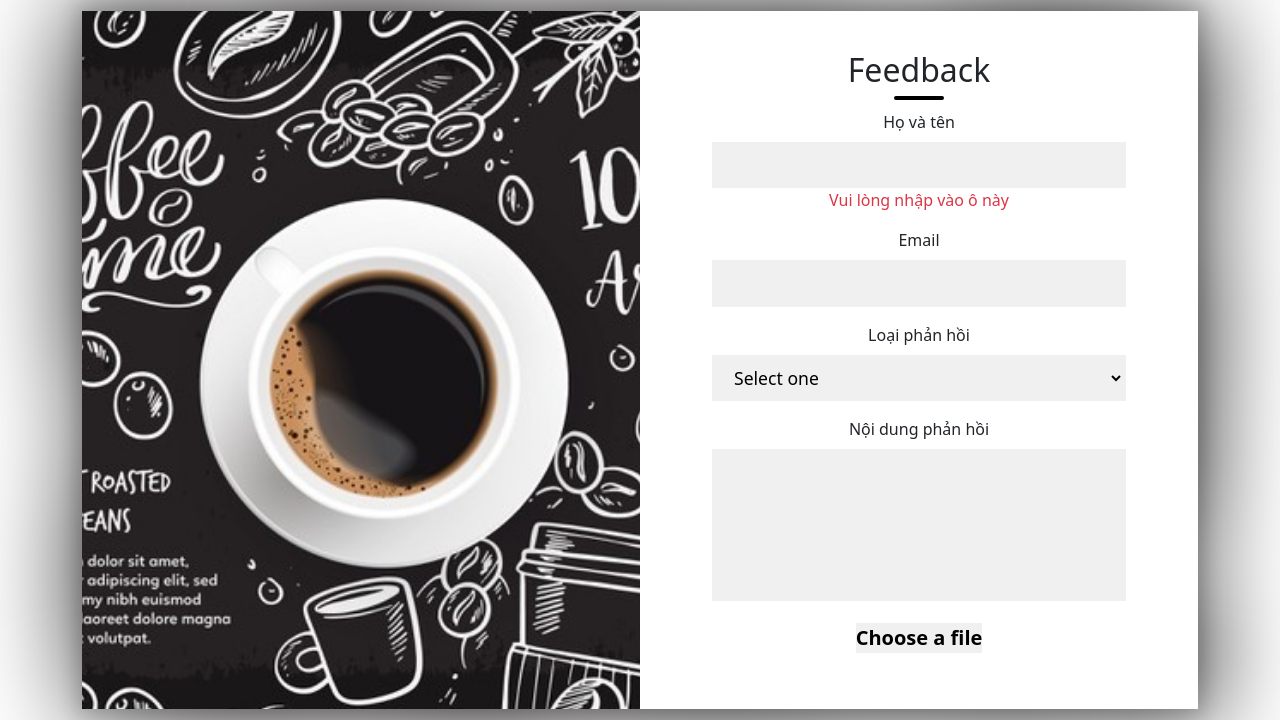
Repository: LeDongGyC/html-css
Page: HTML CSS/prototype/index.html
An editor plug-in stored every save of this project. The page is shown before and after a run of saves, followed by the edit.
The browser window is 1280 px wide. The pictures show the whole page.
The style sheet was rebuilt from its Sass, Less or Tailwind sources for each picture, by a compiler version that may differ from the author's.

Above is the page before, as saved 2023-05-24 10:27:44.

### HTML CSS/prototype/index.html
<!doctype html>
<html lang="en">

<head>
  <title>Title</title>
  <!-- Required meta tags -->
  <meta charset="utf-8">
  <meta name="viewport" content="width=device-width, initial-scale=1, shrink-to-fit=no">
  <link rel="stylesheet" href="style.css">
  <link rel="stylesheet" href="reset.css">
  <!-- <script src="index.js"></script> Bootstrap CSS v5.2.1 -->
  <script>
    var inputs = document.querySelectorAll('.inputfile');
    Array.prototype.forEach.call(inputs, function (input) {
      var label = input.nextElementSibling,
        labelVal = label.innerHTML;
      input.addEventListener('change', function (e) {
        var fileName = '';
        if (this.files && this.files.length > 1)
          fileName = (this.getAttribute('data-multiple-caption') || '').replace('{count}', this.files.length);
        else
          fileName = e.target.value.split('\\').pop();

        if (fileName)
          label.querySelector('span').innerHTML = fileName;
        else
          label.innerHTML = labelVal;
      });
    });
  </script>
  <link href="https://cdn.jsdelivr.net/npm/bootstrap@5.2.1/dist/css/bootstrap.min.css" rel="stylesheet"
    integrity="sha384-iYQeCzEYFbKjA/T2uDLTpkwGzCiq6soy8tYaI1GyVh/UjpbCx/TYkiZhlZB6+fzT" crossorigin="anonymous">

</head>

<body>
  <div class="container">
    <div class="feedback-box">
      <div class="feedback-box_left"></div>
      <div class="feedback-box_right">
        <h2 class="feedback-box_right-title">Feedback</h2>
        <div class="mb-3">
          <label for="name" class="form-label">Họ và tên</label>
          <input type="text" class=" feedback-box_right-item" name="" id="name" aria-describedby="helpId"
            placeholder="">
            <span class="text-danger">Vui lòng nhập vào ô này</span>
        </div>
        <div class="mb-3">
          <label for="email" class="form-label">Email</label>
          <input type="text" class=" feedback-box_right-item" name="" id="email" aria-describedby="helpId"
            placeholder="">
        </div>
        <div class="mb-3">
          <label for="" class="form-label">Loại phản hồi</label>
          <select class="feedback-box_right-item " name="" id="">
            <option selected disabled>Select one</option>
            <option value="" class="feedback-box_right-item-selected">Option 1</option>
            <option value="" class="feedback-box_right-item-selected">Option 2</option>
            <option value="" class="feedback-box_right-item-selected">Option 3</option>
          </select>
        </div>
        <div class="mb-3">
          <label for="feedback" class="form-label">Nội dung phản hồi</label>
          <textarea type="" class=" feedback-box_right-item" name="" id="feedback" aria-describedby="helpId"
            placeholder="" rows="5"></textarea>
        </div>
        <div class="mb-3">
          <input type="file" name="file" id="file" class="inputfile" data-multiple-caption="{count} files selected"
            multiple />
          <label for="file">Choose a file</label>
        </div>
      </div>
    </div>
  </div>
  <!-- Bootstrap JavaScript Libraries -->
  <!-- <script src="https://cdn.jsdelivr.net/npm/@popperjs/core@2.11.6/dist/umd/popper.min.js"
    integrity="sha384-oBqDVmMz9ATKxIep9tiCxS/Z9fNfEXiDAYTujMAeBAsjFuCZSmKbSSUnQlmh/jp3" crossorigin="anonymous">
    </script>

  <script src="https://cdn.jsdelivr.net/npm/bootstrap@5.2.1/dist/js/bootstrap.min.js"
    integrity="sha384-7VPbUDkoPSGFnVtYi0QogXtr74QeVeeIs99Qfg5YCF+TidwNdjvaKZX19NZ/e6oz" crossorigin="anonymous">
    </script> -->
</body>

</html>

### HTML CSS/prototype/style.scss
* {
  box-sizing: border-box;
}
html {
  font-size: 62.5%;
}
body {
  font-size: 1.6rem;
  font-family: "Arial", sans-serif;
  font-weight: normal;
  height: 100vh;
  width: 100%;
}
.container {
  position: relative;
  width: 100%;
  height: 100%;
  display: flex;
  justify-content: center;
  align-items: center;
  padding: 2rem 10rem;
  &::after {
    content: "";
    position: absolute;
    width: 100%;
    height: 100%;
    left: 0;
    top: 0;
    background: url("cafe.jpg") no-repeat center;
    background-size: cover;
    filter: blur(50px);
    z-index: -1;
  }
}
.feedback-box {
  max-width: 850rem;
  // min-width: 70vw;
  display: grid;
  grid-template-columns: repeat(2, 1fr);
  justify-content: center;
  align-items: center;
  text-align: center;
  background-color: #fff;
  box-shadow: 0px 0px 19px 5px rgba(0, 0, 0, 0.19);
  &_left {
    background: url("cafe.jpg") no-repeat center;
    display: block;
    background-size: cover;
    // object-fit: cover;
    height: 100%;
  }
  &_right {
    padding: 2.5rem 4.5rem;
    &-title {
      position: relative;
      padding: 0 0 10px;
      margin-bottom: 10px;
      &::after {
        content: "";
        position: absolute;
        left: 50%;
        bottom: 0;
        transform: translateX(-50%);
        height: 4px;
        width: 50px;
        border-radius: 2px;
        background-color: black;
      }
    }
    &-item {
      width: 100%;
      border: 2px solid rgba(0, 0, 0, 0);
      outline: none;
      background-color: rgba(230, 230, 230, 0.6);
      padding: 0.5rem 1rem;
      font-size: 1.1rem;
      //   margin-bottom: 22px;
      transition: 0.3s;
      &:hover {
        background-color: rgba(0, 0, 0, 0.1);
      }
      &:focus {
        border: 2px solid rgba(30, 85, 250, 0.47);
        background-color: #fff;
      }
      &:last-child {
        resize: none;
      }
    }
  }
}
.inputfile {
	width: 0.1px;
	height: 0.1px;
	opacity: 0;
	overflow: hidden;
	position: absolute;
	z-index: -1;
}
.inputfile + label {
    font-size: 1.25em;
    font-weight: 700;
    color: black;
    background-color: rgba(230, 230, 230, 0.6);
    display: inline-block;
    cursor: pointer;
}

.inputfile:focus + label,
.inputfile + label:hover {
  color: rgba(30, 85, 250, 0.47);
  background-color: rgba(0, 0, 0, 0.1);
}

Loaded but not shown: HTML CSS/prototype/reset.css (common file)

After the next 2 saves:
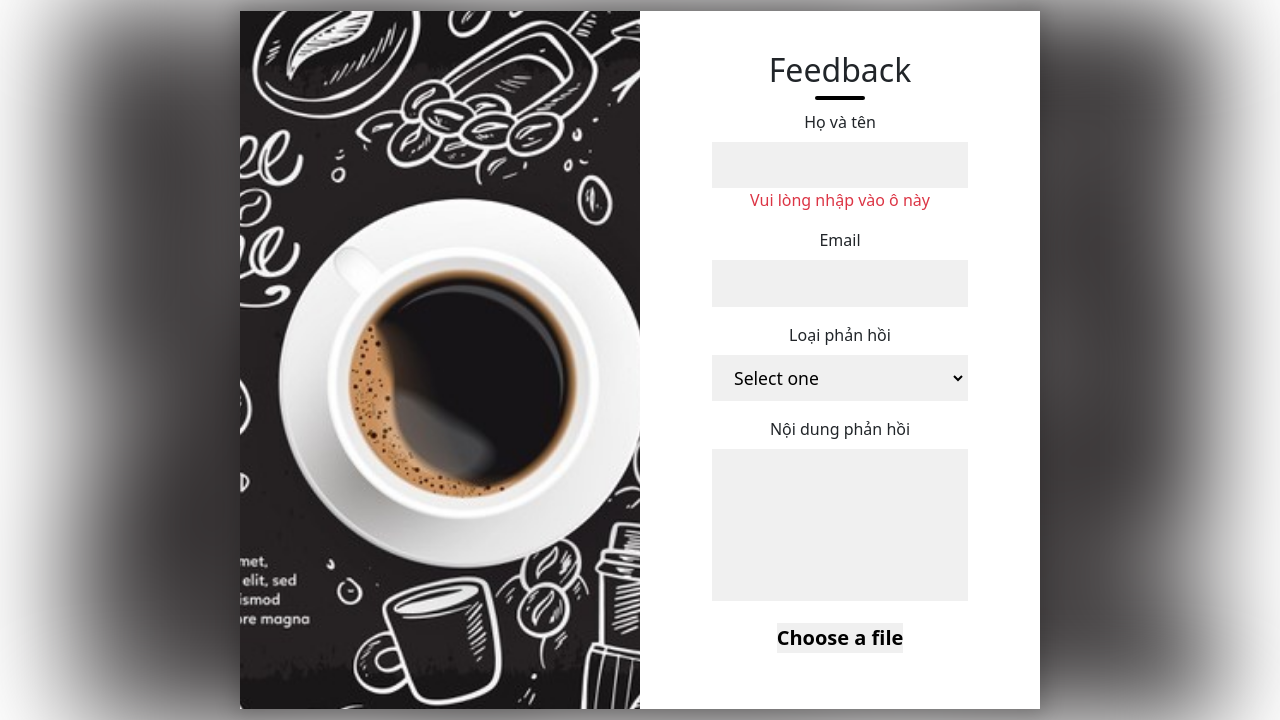
The 2 saves are shown as one change because they came seconds apart.
The last was saved 23 s later.
--- a/HTML CSS/prototype/style.scss
+++ b/HTML CSS/prototype/style.scss
@@ -33,7 +33,7 @@
   }
 }
 .feedback-box {
-  max-width: 850rem;
+  max-width: 50rem;
   // min-width: 70vw;
   display: grid;
   grid-template-columns: repeat(2, 1fr);

After the save that followed:
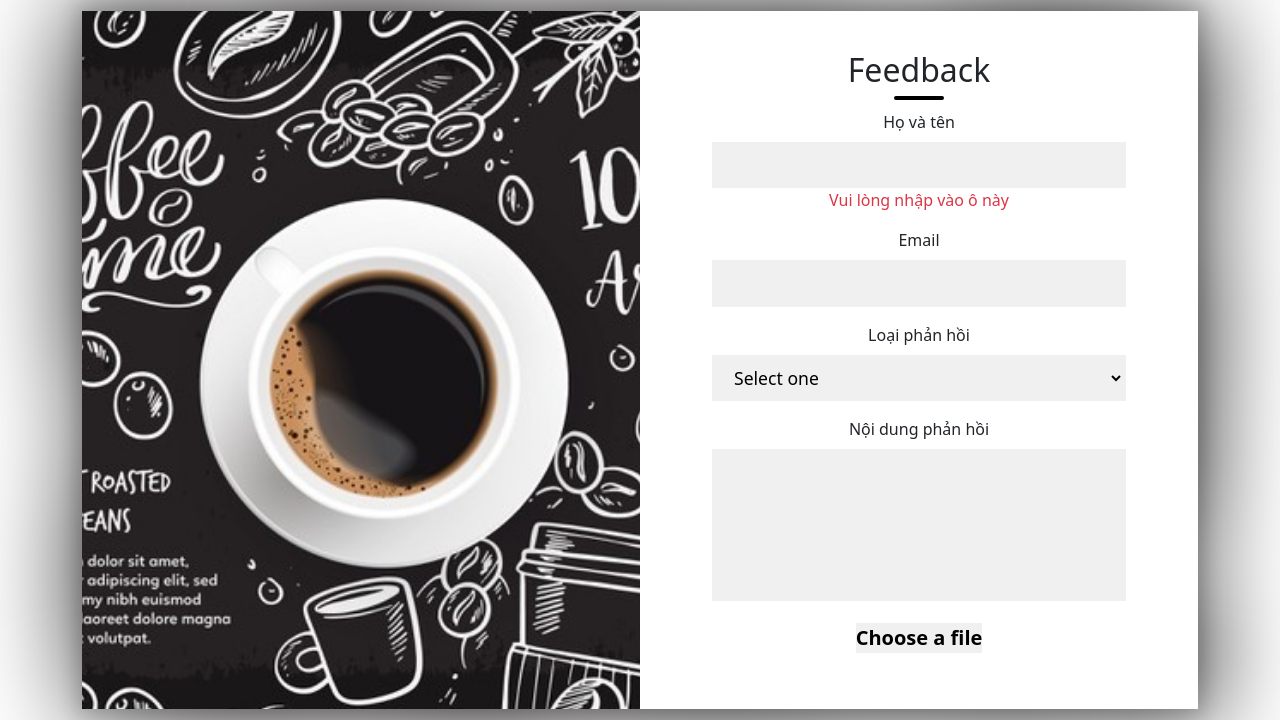
Saved 6 s later.
--- a/HTML CSS/prototype/style.scss
+++ b/HTML CSS/prototype/style.scss
@@ -33,7 +33,7 @@
   }
 }
 .feedback-box {
-  max-width: 50rem;
+  max-width: 850rem;
   // min-width: 70vw;
   display: grid;
   grid-template-columns: repeat(2, 1fr);
